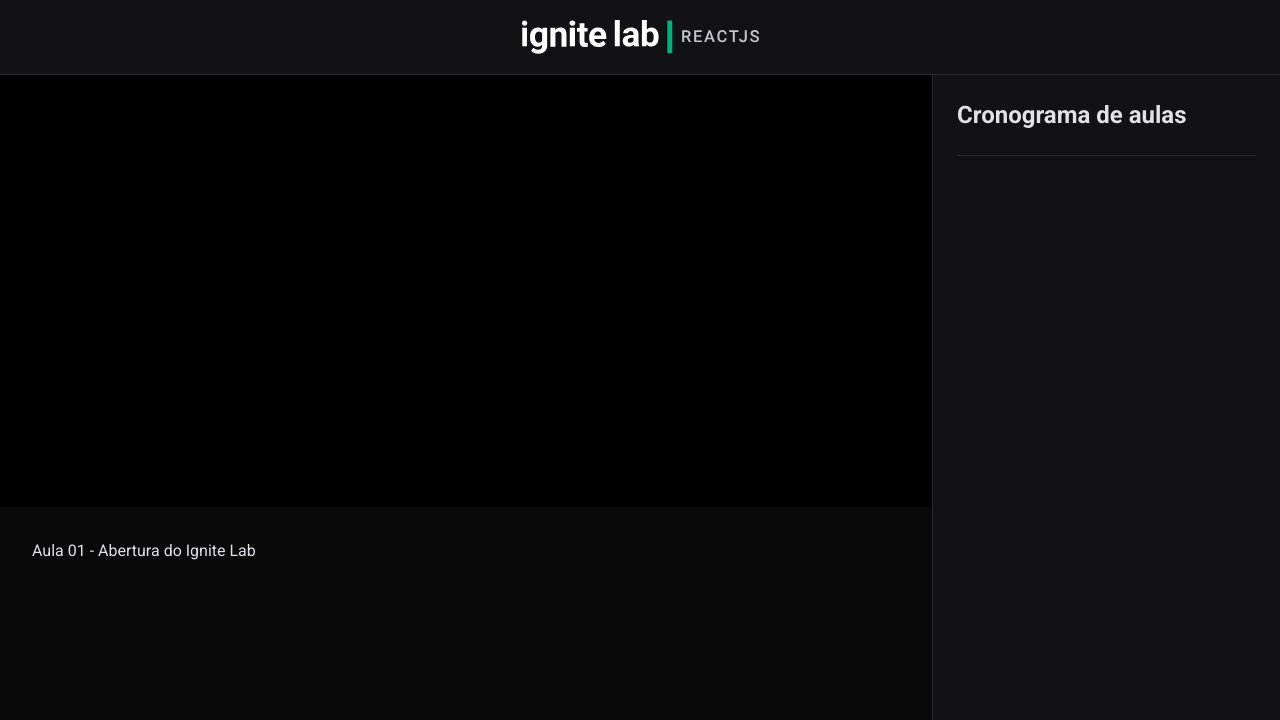
Repository: XFERRER7/Ignite-lab
Page: /
The author's editor kept a copy of each file at every save. The page is drawn from the files as they stood at one save, then again after a run of saves.
The browser window is 1280 px wide. The pictures show the whole page.
The page's requests for data from a server got no answer. The project was rebuilt for these pictures with package versions that can differ from the ones it lists, and the page was loaded fresh each time. No one was signed in, and anything a server would have sent is missing. Also part of the build but not shown: vite.config.ts, src/components/Lesson.tsx.

Above is the page before, as saved 2022-06-26 01:49:34.

After the next 2 saves:
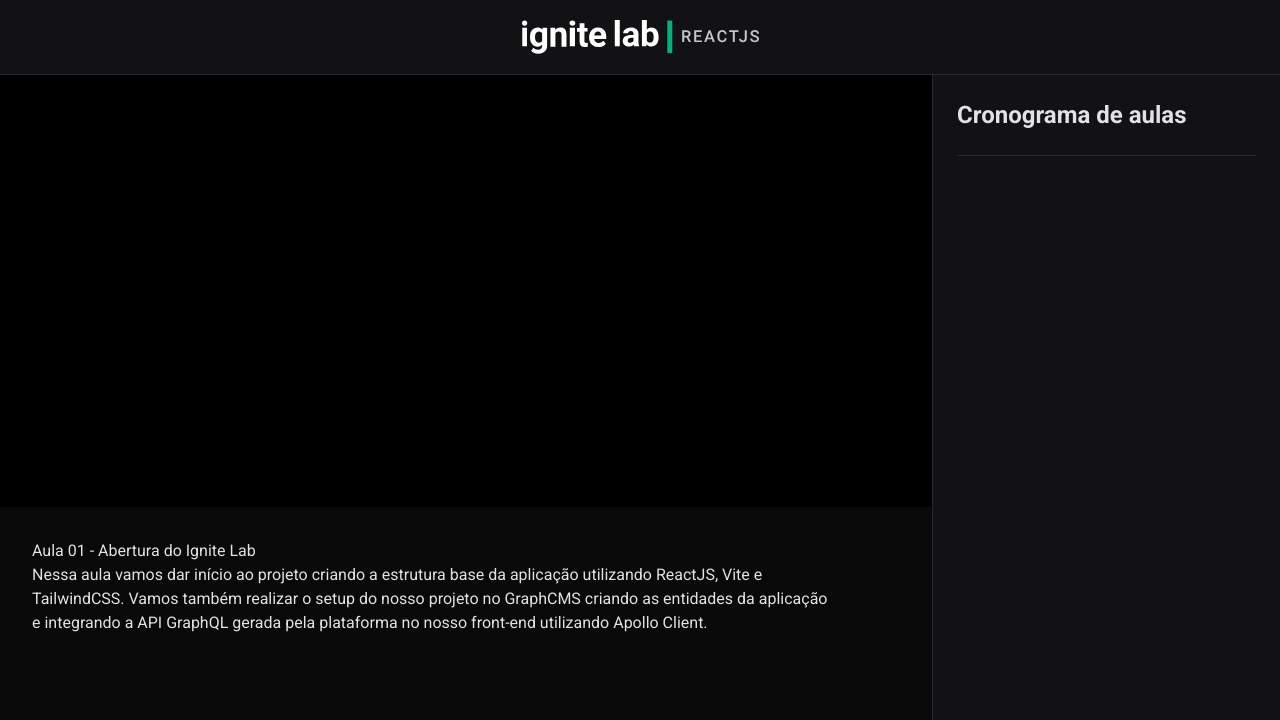
The 2 saves are shown as one change because they came seconds apart.
The last was saved 57 s later.
--- a/src/components/Video.tsx
+++ b/src/components/Video.tsx
@@ -12,6 +12,7 @@
         <div className='flex items-start gap-16'>
           <div className='flex-1'>
             <h1>Aula 01 - Abertura do Ignite Lab</h1>
+            <p>Nessa aula vamos dar início ao projeto criando a estrutura base da aplicação utilizando ReactJS, Vite e TailwindCSS. Vamos também realizar o setup do nosso projeto no GraphCMS criando as entidades da aplicação e integrando a API GraphQL gerada pela plataforma no nosso front-end utilizando Apollo Client.</p>
           </div>
           <div>
 
